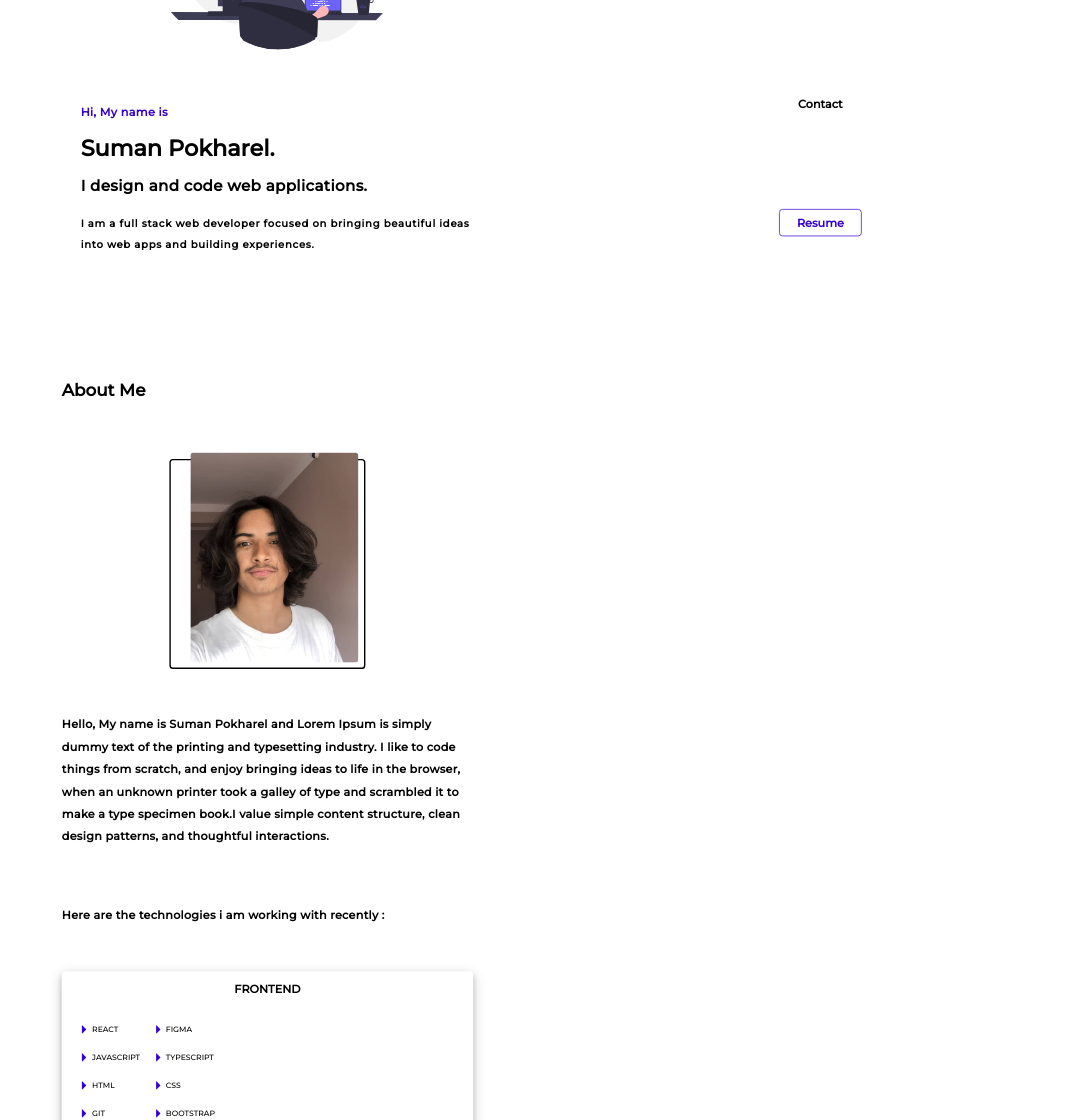
Repository: iamsumanp/portfolio
Page: /
These files come from the project's save history. The page is drawn as it stood at one moment and after the next save; the edit follows.
The browser window is 768 px wide. The page is 1536 px wide, so the pictures cover 1536 px, including what lies to the right of the window. The pictures show the part of the page from y = 402 to 2002 px (the page is 5929 px tall), at 70% of full size.
The project was rebuilt for these pictures with package versions that can differ from the ones it lists, and the page was loaded fresh each time.

Above is the page before, as saved 2022-07-06 17:10:00.

### public/index.html
<!DOCTYPE html>
<html lang="en">
  <head>
    <meta charset="utf-8" />
    <link rel="icon" href="%PUBLIC_URL%/favicon.ico" />
    <meta name="viewport" content="width=device-width, initial-scale=1" />
    <meta name="theme-color" content="#000000" />
    <meta
      name="description"
      content="Web site created using create-react-app"
    />
    <link rel="apple-touch-icon" href="%PUBLIC_URL%/logo192.png" />

    <link rel="manifest" href="%PUBLIC_URL%/manifest.json" />
    <link rel="preconnect" href="https://fonts.googleapis.com" />
    <link rel="preconnect" href="https://fonts.gstatic.com" crossorigin />
    <link
      href="https://fonts.googleapis.com/css2?family=Montserrat:wght@500&display=swap"
      rel="stylesheet"
    />
    <title>iamsumanp</title>
  </head>
  <body>
    <div id="root"></div>
  </body>
</html>

### src/App.tsx
import "./App.css";
import { BrowserRouter as Router } from "react-router-dom";
import { NavBar } from "./Components/NavBar";
import "./styles/styles.css";
import { Hero } from "./Components/Hero";
import { AboutMe } from "./Components/AboutMe";
import { Projects } from "./Components/Projects";
import { Contact } from "./Components/Contact";
import { Footer } from "./Components/Footer";

function App() {
  return (
    <Router>
      <NavBar />
      <Hero />
      <AboutMe />
      <Projects />
      <Contact />
      <hr />
      <Footer />
    </Router>
  );
}

export default App;

### src/Components/NavBar.tsx
import React, { useState } from "react";
import { HashLink } from "react-router-hash-link";
const myLogo = require("../assets/logo.png");
export const NavBar = () => {
  const [active, setActive] = useState(false);

  const burgerClick = () => {
    setActive(!active);
  };

  return (
    <nav className="navBar">
      <HashLink to="#heroSection" className="linkHash" smooth>
        <img
          src={myLogo}
          alt="SP"
          className="logoImg"
          onClick={active ? burgerClick : undefined}
        />
      </HashLink>

      <ul className={active ? "navUl nav-active" : "navUl"}>
        <li className="navLinks" onClick={active ? burgerClick : undefined}>
          <HashLink to="#aboutMe" className="linkHash" smooth>
            About me
          </HashLink>
        </li>
        <li className="navLinks" onClick={active ? burgerClick : undefined}>
          <HashLink to="#projectSection" className="linkHash" smooth>
            Projects
          </HashLink>
        </li>
        <li className="navLinks" onClick={active ? burgerClick : undefined}>
          <HashLink to="#contact" className="linkHash" smooth>
            Contact
          </HashLink>
        </li>
        <li className="navLinks resume">Resume</li>
      </ul>
      <div className="burgerMenu" onClick={() => burgerClick()}>
        <div className={active ? "line1 toggle" : "line1"}></div>
        <div className={active ? "line2 toggle2" : "line2"}></div>
        <div className={active ? "line3 toggle3" : "line3"}></div>
      </div>
    </nav>
  );
};

### src/styles/styles.css
:root {
  --main-purple: #3500d3;
}

* {
  box-sizing: border-box;
  font-family: "Montserrat", sans-serif;
}

body {
  margin: 0;
  padding: 0;
}
@media (max-width: 900px) {
  body {
    overflow-x: hidden;
  }
}

.navBar {
  display: flex;
  flex-direction: row;
  justify-content: space-between;
  align-items: center;
  min-height: 5rem;
  font-weight: bolder;
  overflow-x: hidden;
  padding: 0.2% 8%;
}
@media (max-width: 1100px) {
  .navBar {
    margin-bottom: 5rem;
  }
}
.navBar .logoImg {
  height: 25px;
}
.navBar .navUl {
  list-style: none;
  display: flex;
  flex-direction: row;
}
@media (max-width: 900px) {
  .navBar .navUl {
    position: absolute;
    right: 0;
    top: 8vh;
    height: 100vh;
    background-color: rgb(255, 255, 255);
    flex-direction: column;
    width: 100%;
    justify-content: space-evenly;
    transform: translateX(100%);
    transition: transform 0.4s ease-in;
  }
}
.navBar .nav-active {
  transform: translateX(0%);
}
.navBar .burgerMenu {
  display: none;
}
@media (max-width: 900px) {
  .navBar .burgerMenu {
    display: block;
    cursor: pointer;
  }
}
.navBar .burgerMenu .toggle {
  transform: rotate(-45deg) translate(-5px, 6px);
}
.navBar .burgerMenu .toggle2 {
  opacity: 0;
}
.navBar .burgerMenu .toggle3 {
  transform: rotate(45deg) translate(-5px, -6px);
}
.navBar .burgerMenu div {
  width: 25px;
  height: 3px;
  background-color: black;
  transition: transform 0.4s ease;
  margin: 5px;
}
.navBar .navLinks {
  padding: 0 40px;
  cursor: pointer;
  align-self: center;
  text-decoration: none;
}
.navBar .navLinks.resume {
  border: solid 1px var(--main-purple);
  color: var(--main-purple);
  padding: 9px 25px;
  border-radius: 5px;
}
.navBar .navLinks .linkHash {
  text-decoration: none;
  color: black;
}

.heroSection {
  overflow-x: hidden;
  height: 90vh;
  width: 80%;
  display: flex;
  flex-direction: row;
  align-items: center;
  margin: auto;
  padding: 0 2% 0 5%;
}
@media (max-width: 1100px) {
  .heroSection {
    flex-direction: column-reverse;
    justify-content: center;
    align-items: center;
  }
}
.heroSection .content {
  display: flex;
  flex-direction: column;
}
@media (max-width: 1100px) {
  .heroSection .content {
    margin-top: 5rem;
  }
}
.heroSection .content .h4text {
  color: var(--main-purple);
}
.heroSection .content .h1text {
  margin-top: 0;
  font-size: 2.5rem;
}
@media (max-width: 800px) {
  .heroSection .content .h1text {
    font-size: 2rem;
  }
}
.heroSection .content .h4text,
.heroSection .content .h2text {
  letter-spacing: 0.5px;
  margin-top: 0;
}
.heroSection .content .h2text {
  font-size: 1.8rem;
}
@media (max-width: 800px) {
  .heroSection .content .h2text {
    font-size: 1.35rem;
  }
}
.heroSection .content .h5text {
  width: 55%;
  line-height: 2;
  letter-spacing: 1px;
  margin-top: 10px;
  font-size: 0.9rem;
}
@media (max-width: 800px) {
  .heroSection .content .h5text {
    width: 100%;
  }
}
.heroSection .svgImgg {
  margin-left: auto;
  width: 22rem;
}
@media (max-width: 1100px) {
  .heroSection .svgImgg {
    margin-left: 0;
  }
}
@media (max-width: 800px) {
  .heroSection .svgImgg {
    width: 19rem;
  }
}

.aboutMeSection {
  width: 80%;
  margin: auto;
  display: flex;
  flex-direction: column;
  justify-content: center;
  padding: 7% 2% 10% 5%;
}
@media (max-width: 1100px) {
  .aboutMeSection {
    padding: 7rem 2% 10% 1.5%;
  }
}
.aboutMeSection .contentAndImage {
  display: flex;
  flex-direction: row;
}
@media (max-width: 1100px) {
  .aboutMeSection .contentAndImage {
    flex-direction: column-reverse;
    margin-top: 2rem;
  }
}
.aboutMeSection .h2textabout {
  margin-top: -3rem;
}
.aboutMeSection .aboutMeContent {
  display: flex;
  flex-direction: column;
  width: 60%;
}
@media (max-width: 1100px) {
  .aboutMeSection .aboutMeContent {
    width: 100%;
  }
}
.aboutMeSection .imgContainer {
  margin-left: auto;
  margin-top: 2rem;
  position: relative;
  height: 350px;
  width: 280px;
  border: solid 2px black;
  border-radius: 5px;
}
@media (max-width: 1100px) {
  .aboutMeSection .imgContainer {
    margin-left: 0;
    align-self: center;
    margin-bottom: 2rem;
  }
}
@media (max-width: 800px) {
  .aboutMeSection .imgContainer {
    height: 300px;
  }
}
.aboutMeSection .imgContainer .imgProfile {
  height: 350px;
  position: absolute;
  right: 8px;
  top: -11px;
  border-radius: 5px;
}
@media (max-width: 800px) {
  .aboutMeSection .imgContainer .imgProfile {
    height: 300px;
  }
}
.aboutMeSection .spanText {
  font-weight: bold;
  margin-top: 2rem;
  line-height: 2;
  letter-spacing: 0.4px;
}
.aboutMeSection .spanText.tech {
  margin-top: 5rem;
}
.aboutMeSection .backEndFrontEndContainer {
  display: flex;
  flex-direction: row;
  margin-top: 4rem;
  justify-content: space-between;
}
@media (max-width: 1100px) {
  .aboutMeSection .backEndFrontEndContainer {
    flex-direction: column;
  }
}
.aboutMeSection .backEndFrontEndContainer .frontEndBox {
  box-shadow: 0 4px 8px 0 rgba(0, 0, 0, 0.2), 0 6px 20px 0 rgba(0, 0, 0, 0.19);
  padding: 2rem 2.5rem;
  display: flex;
  flex-direction: column;
  border-radius: 5px;
}
@media (max-width: 1100px) {
  .aboutMeSection .backEndFrontEndContainer .frontEndBox {
    padding: 1rem;
    margin-bottom: 3rem;
  }
}
.aboutMeSection .backEndFrontEndContainer .frontEndBox .spanTitle {
  align-self: center;
  text-transform: uppercase;
  font-weight: bold;
}

.frontEndTools,
.backEndBox {
  display: flex;
  flex-direction: row;
  margin-top: 1rem;
}
.frontEndTools .fnTools2,
.backEndBox .fnTools2 {
  margin-left: 3rem;
}
@media (max-width: 900px) {
  .frontEndTools .fnTools2,
.backEndBox .fnTools2 {
    margin-left: 0.1rem;
  }
}
.frontEndTools .fnTool,
.backEndBox .fnTool {
  display: flex;
  align-items: center;
  margin: 1.5rem 0.5rem;
}
.frontEndTools .fnTool .triangleRight,
.backEndBox .fnTool .triangleRight {
  color: var(--main-purple);
}

.techName {
  margin-left: 0.8rem;
  text-transform: uppercase;
  font-size: 15px;
}
@media (max-width: 900px) {
  .techName {
    font-size: 11px;
    margin-left: 0.2rem;
  }
}

.projectsSection {
  width: 80%;
  margin: auto;
  padding: 5% 2% 0 5%;
  display: flex;
  flex-direction: column;
}
@media (max-width: 1100px) {
  .projectsSection {
    padding: 7rem 2% 10% 1.5%;
  }
}
.projectsSection .Project1Container {
  display: flex;
  flex-direction: column;
}
.projectsSection .nameLabelLine {
  margin: 2rem 0;
  display: flex;
  flex-direction: row;
  align-items: center;
}
.projectsSection .nameLabelLine .vl {
  border-bottom: 1px solid gray;
  margin-top: 5px;
  height: inherit;
  width: 35%;
}
@media (max-width: 1100px) {
  .projectsSection .nameLabelLine .vl {
    width: 50%;
  }
}
.projectsSection .h2textabout {
  margin-top: -3rem;
}
.projectsSection .projectContentAndImage {
  display: flex;
  flex-direction: row;
  justify-content: space-between;
}
@media (max-width: 1100px) {
  .projectsSection .projectContentAndImage {
    flex-direction: column-reverse;
  }
}
.projectsSection .projectContentAndImage .hirestationImg {
  height: 15rem;
  border-radius: 5px;
  margin-left: auto;
}
@media (max-width: 1100px) {
  .projectsSection .projectContentAndImage .hirestationImg {
    margin-left: 0;
    align-self: center;
    margin: 2rem 0 4rem 0;
  }
}
@media (max-width: 800px) {
  .projectsSection .projectContentAndImage .hirestationImg {
    height: 10rem;
  }
}
.projectsSection .linksContainer {
  display: flex;
  align-items: center;
  margin: 2rem 0;
}

.projContent {
  width: 50%;
  line-height: 1.5;
  letter-spacing: 0.5px;
}
@media (max-width: 1100px) {
  .projContent {
    width: 100%;
  }
}

.projectLabel {
  font-weight: bold;
  margin-right: 1rem;
}

.Project2Container {
  display: flex;
  flex-direction: column;
  margin-top: 5rem;
  margin-bottom: 7.5rem;
}
.Project2Container .nameLabelLine2 {
  margin: 2rem 0;
  display: flex;
  flex-direction: row;
  justify-content: end;
}
.Project2Container .nameLabelLine2 .vl {
  border-bottom: 1px solid gray;
  margin-bottom: 5px;
  width: 35%;
  margin-right: 1rem;
}
@media (max-width: 1100px) {
  .Project2Container .nameLabelLine2 .vl {
    width: 50%;
  }
}
@media (max-width: 800px) {
  .Project2Container .nameLabelLine2 .vl {
    width: 40%;
  }
}

.projectContentAndImage1 {
  display: flex;
  flex-direction: row;
  justify-content: space-between;
}
@media (max-width: 1100px) {
  .projectContentAndImage1 {
    flex-direction: column;
  }
}
.projectContentAndImage1 .baathcheethImg {
  height: 15rem;
  border-radius: 5px;
  margin-right: auto;
}
@media (max-width: 1100px) {
  .projectContentAndImage1 .baathcheethImg {
    margin-right: 0;
    align-self: center;
    margin: 2rem 0 4rem 0;
  }
}
@media (max-width: 800px) {
  .projectContentAndImage1 .baathcheethImg {
    height: 10rem;
  }
}

.ContactSection {
  width: 80%;
  margin: auto;
  padding: 5% 2% 10% 5%;
  display: flex;
  flex-direction: column;
}
@media (max-width: 1100px) {
  .ContactSection {
    padding: 5rem 2% 10% 1.5%;
  }
}
.ContactSection .formContainer {
  margin-top: 2rem;
}
.ContactSection .nameAndEmailSection {
  display: flex;
  flex-direction: row;
  justify-content: space-between;
}
@media (max-width: 900px) {
  .ContactSection .nameAndEmailSection {
    flex-direction: column;
    width: 100%;
  }
}
.ContactSection .nameAndEmailSection .nameContainer {
  display: flex;
  flex-direction: column;
  width: 90%;
}
@media (max-width: 900px) {
  .ContactSection .nameAndEmailSection .nameContainer {
    width: 100%;
  }
}
.ContactSection .nameAndEmailSection .emailContainer {
  display: flex;
  flex-direction: column;
  width: 90%;
  margin-left: 5rem;
}
@media (max-width: 900px) {
  .ContactSection .nameAndEmailSection .emailContainer {
    margin-left: 0;
    margin-top: 3rem;
    width: 100%;
  }
}
.ContactSection .nameAndEmailSection .inputForm {
  box-shadow: 0 4px 8px 0 rgba(0, 0, 0, 0.2), 0 6px 20px 0 rgba(0, 0, 0, 0.19);
  padding: 0.6rem 0.4rem;
  width: 100%;
  border-width: 1px;
  outline: none;
}
.ContactSection .label {
  margin-bottom: 2rem;
  font-weight: bold;
}
.ContactSection .MessageContainer {
  display: flex;
  flex-direction: column;
  margin-top: 4rem;
}
.ContactSection .MessageContainer #messageArea {
  width: 46.5%;
  box-shadow: 0 4px 8px 0 rgba(0, 0, 0, 0.2), 0 6px 20px 0 rgba(0, 0, 0, 0.19);
  height: 7rem;
  resize: none;
  outline: none;
  padding: 0.5rem 0.4rem;
}
@media (max-width: 900px) {
  .ContactSection .MessageContainer #messageArea {
    width: 100%;
  }
}
.ContactSection .submitBtn {
  background-color: #7a4eff;
  border: none;
  color: aliceblue;
  padding: 0.8rem;
  margin-top: 4rem;
  width: 10rem;
  border-radius: 3px;
  cursor: pointer;
}
@media (max-width: 900px) {
  .ContactSection .submitBtn {
    width: 100%;
  }
}

.footerSection {
  width: 80%;
  margin: auto;
  padding: 3% 2% 4% 1.5%;
}
.footerSection .footerContainer {
  display: flex;
  flex-direction: column;
}
@media (max-width: 900px) {
  .footerSection .footerContainer {
    align-items: center;
  }
}
.footerSection .socialMediaAndQuote {
  display: flex;
  justify-content: space-between;
  align-items: center;
  margin-bottom: 1rem;
}
@media (max-width: 900px) {
  .footerSection .socialMediaAndQuote {
    flex-direction: column;
  }
}
.footerSection .socialMediaAndQuote .icons {
  margin-left: 1rem;
}
@media (max-width: 900px) {
  .footerSection .socialMediaAndQuote .socialMedia {
    margin: 2rem 0;
  }
}

@media (max-width: 800px) {
  .spSpan {
    text-align: center;
  }
}/*# sourceMappingURL=styles_20220706171000.css.map */

### src/Components/Hero.tsx
import SvgImg from "./IconComponent/SvgImg";

export const Hero = () => {
  return (
    <div className="heroSection" id="heroSection">
      <div className="content">
        <h4 className="h4text">Hi, My name is</h4>
        <h1 className="h1text">Suman Pokharel.</h1>
        <h2 className="h2text">I design and code web applications.</h2>
        <h5 className="h5text">
          I am a full stack web developer focused on bringing beautiful ideas
          into web apps and building experiences.
        </h5>
      </div>
      {/* <div className="svgImgg"> */}
      <SvgImg height={221} className="svgImgg" />
      {/* </div> */}
    </div>
  );
};

### src/Components/Contact.tsx
import React, { useState } from "react";

export const Contact = () => {
  const [name, setName] = useState("");
  const [email, setEmail] = useState("");
  const [message, setMessage] = useState("");

  const submitHandler: React.FormEventHandler<HTMLFormElement> = (
    e: React.FormEvent<HTMLFormElement>
  ) => {
    e.preventDefault();

    setName("");
    setEmail("");
    setMessage("");
  };
  return (
    <div className="ContactSection" id="contact">
      <h2 className="h2textabout">Interested In working together?</h2>
      <form className="formContainer" onSubmit={submitHandler}>
        <div className="nameAndEmailSection">
          <div className="nameContainer">
            <label htmlFor="Name" className="label">
              Name :
            </label>
            <input
              type="text"
              value={name}
              className="inputForm"
              onChange={(e) => setName(e.target.value)}
            />
          </div>
          <div className="emailContainer">
            <label htmlFor="Email" className="label">
              Email :
            </label>
            <input
              type="email"
              value={email}
              className="inputForm"
              onChange={(e) => setEmail(e.target.value)}
            />
          </div>
        </div>
        <div className="MessageContainer">
          <label htmlFor="Message" className="label">
            Message(optional) :
          </label>
          <textarea
            name="message"
            id="messageArea"
            // cols=30
            // rows=10
            value={message}
            onChange={(e) => setMessage(e.target.value)}
          ></textarea>
        </div>
        <button className="submitBtn" type="submit">
          SUBMIT
        </button>
      </form>
    </div>
  );
};

### src/Components/Footer.tsx
import React from "react";
import { AiFillGithub, AiFillTwitterCircle } from "react-icons/ai";
import { BsLinkedin, BsFacebook } from "react-icons/bs";

export const Footer = () => {
  return (
    <div className="footerSection">
      <div className="footerContainer">
        <div className="socialMediaAndQuote">
          <span>Learning, Pushing, Rushing</span>
          <div className="socialMedia">
            <a
              href="https://www.linkedin.com/in/suman-pokharel-2a4b61206/"
              target="_blank"
              rel="noreferrer"
            >
              <BsLinkedin size={30} className="icons" fill="#2867B2" />
            </a>

            <a
              href="https://www.facebook.com/summan.pokharel/"
              target="_blank"
              rel="noreferrer"
            >
              <BsFacebook size={30} className="icons" fill="	#4267B2" />
            </a>
            <a
              href="https://github.com/iamsumanp"
              target="_blank"
              rel="noreferrer"
              style={{ color: "black" }}
            >
              <AiFillGithub size={34} className="icons" />
            </a>
            <a
              href="https://twitter.com/Itsmesuman2"
              target="_blank"
              rel="noreferrer"
            >
              <AiFillTwitterCircle size={35} className="icons" fill="#00acee" />
            </a>
          </div>
        </div>
        <span className="spSpan">Designed And Built By Suman Pokhrel</span>
      </div>
    </div>
  );
};

Loaded but not shown: src/index.tsx (common file); src/Components/IconComponent/SvgImg.tsx (791 lines, source omitted); src/Components/Projects.tsx (201 lines, source omitted); src/Components/AboutMe.tsx (107 lines, source omitted); src/App.css (no stored copy; drawn as an empty file)

After the next save:
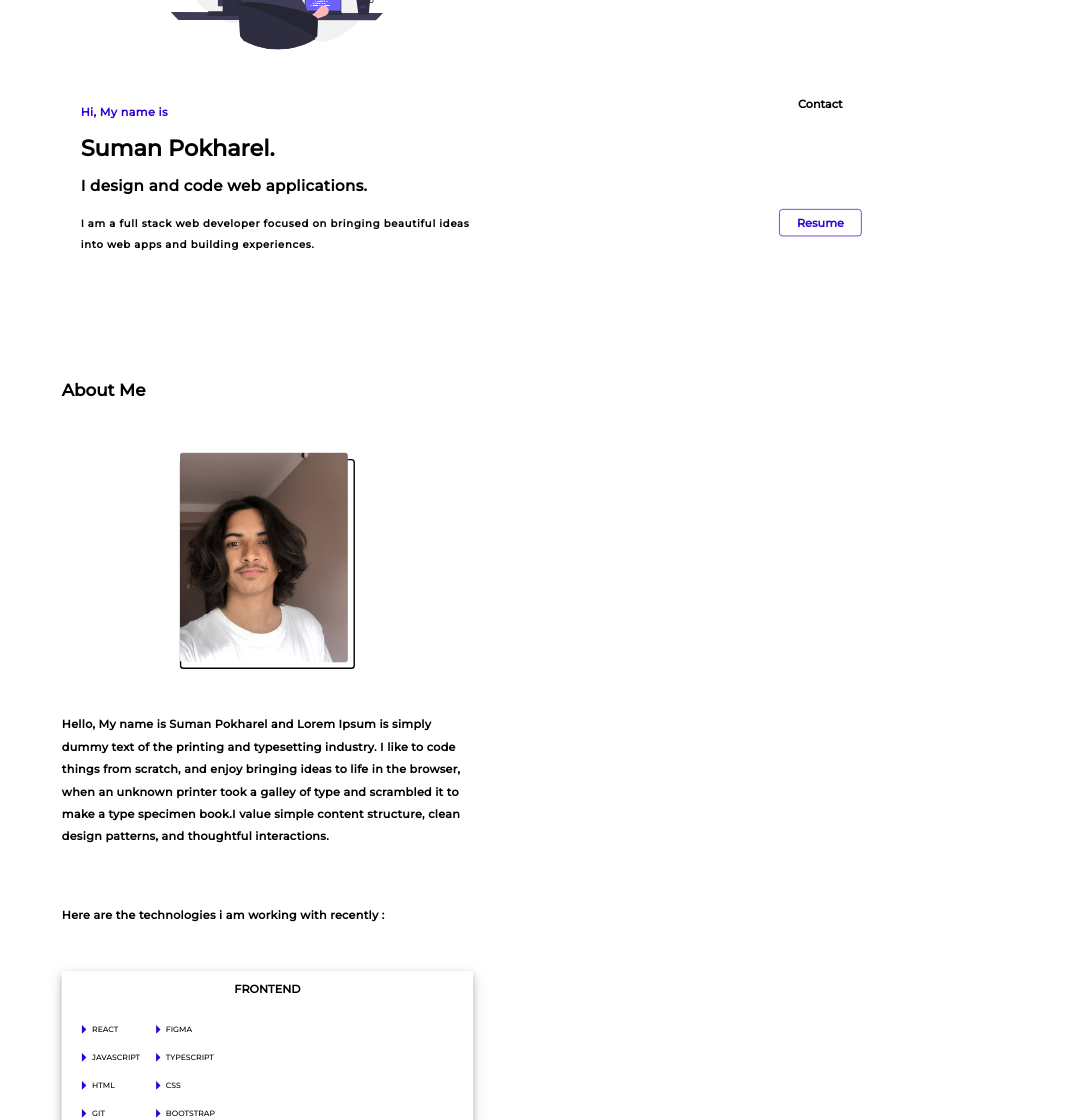
Saved 13 s later.
--- a/src/styles/styles.css
+++ b/src/styles/styles.css
@@ -232,6 +232,7 @@ body {
 @media (max-width: 800px) {
   .aboutMeSection .imgContainer {
     height: 300px;
+    width: 250px;
   }
 }
 .aboutMeSection .imgContainer .imgProfile {
@@ -598,4 +599,4 @@ body {
   .spSpan {
     text-align: center;
   }
-}/*# sourceMappingURL=styles_20220706171000.css.map */
+}/*# sourceMappingURL=styles_20220706171013.css.map */
